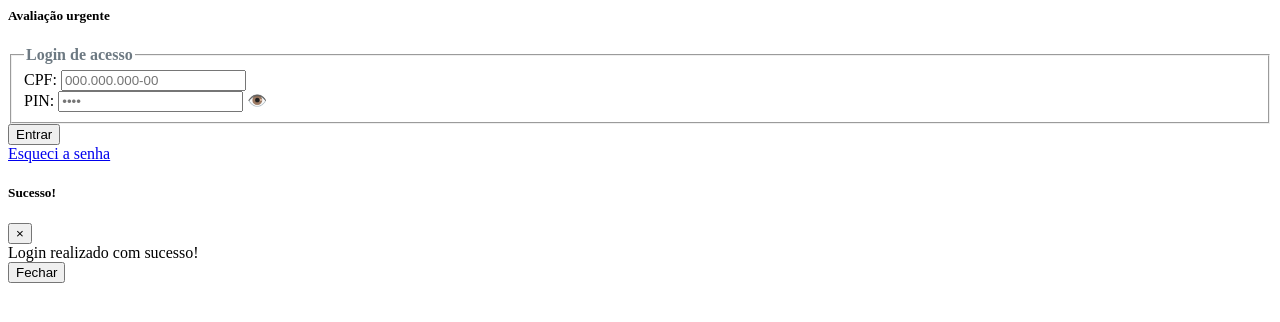
Repository: myserywork/alertaphp
Page: http://localhost/database/application/views/frontend/user/index.php
An editor plug-in stored every save of this project. The page is shown before and after the next save, followed by the edit.
The browser window is 1280 px wide. The pictures show the whole page.
The page is run by PHP 8.4 with error messages shown; the project is at /var/www/html/.

Above is the page before, as saved 2024-06-02 19:21:14.
Console error: ReferenceError: $ is not defined

After the next save:
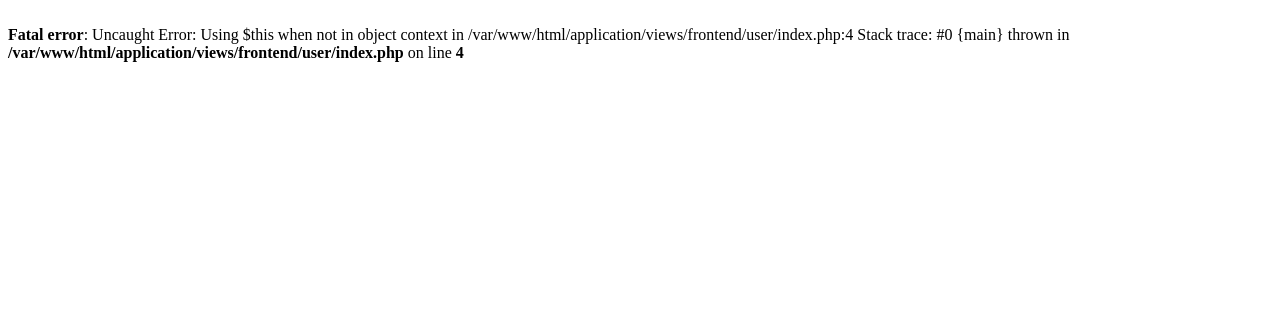
The error is gone.
Saved 4 min 21 s later.
--- a/application/views/frontend/user/index.php
+++ b/application/views/frontend/user/index.php
@@ -1,11 +1,15 @@
+
+<?php
+
+$this->load->view('frontend/layout/header.php');?>
 
 
-    <div class="container mt-5">
+   <div class="container mt-5">
         <div class="row justify-content-center">
             <div class="col-md-6">
                 <div class="card">
                     <div class="card-body">
-                        <h5 class="card-title text-center">Avaliação urgente</h5>
+
                         <form id="formLogin" action="seu_script_de_login.php" method="post">
                             <fieldset>
                                 <legend class="text-center" style="color:#6d7982;font-weight: 600;">Login de acesso</legend>
